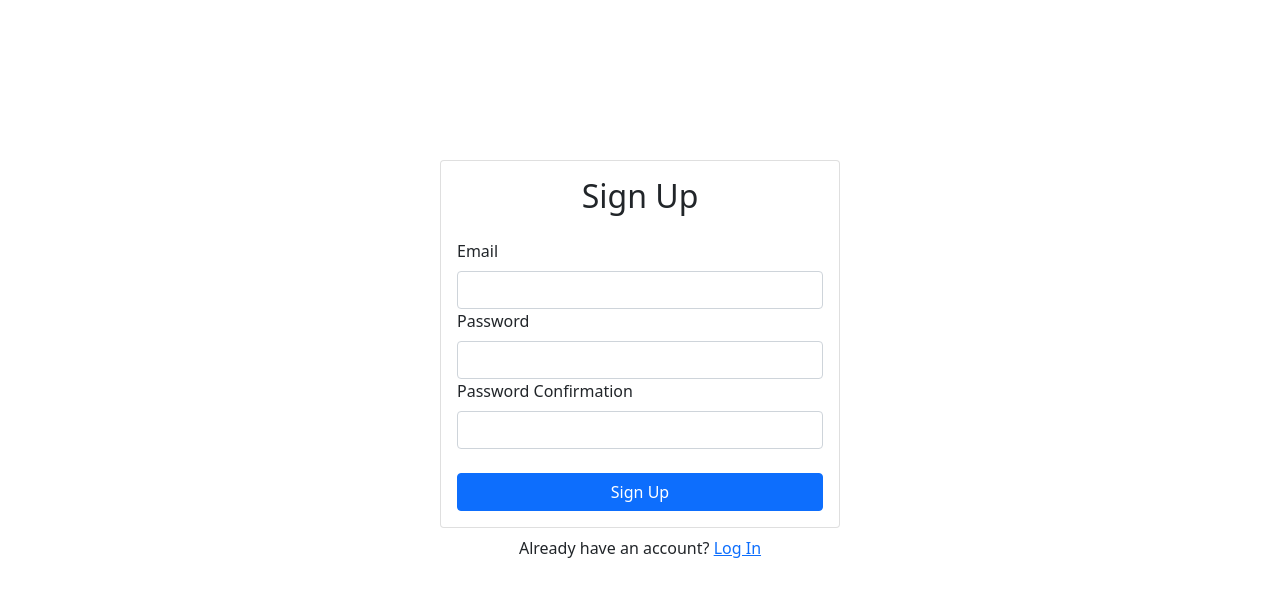
Repository: JaydenTianranYang/EsolApp
Page: /signup
An editor plug-in stored every save of this project. The page is shown before and after the next save, followed by the edit.
The browser window is 1280 px wide. The pictures show the whole page.
The project was rebuilt for these pictures with package versions that can differ from the ones it lists, and the page was loaded fresh each time. Also part of the build but not shown: src/components/App.css, src/components/Homepage.js, src/components/Login.js, src/components/Dashboard.js, src/components/PrivateRoute.js.

Above is the page before, as saved 2022-04-09 13:38:15.

After the next save:
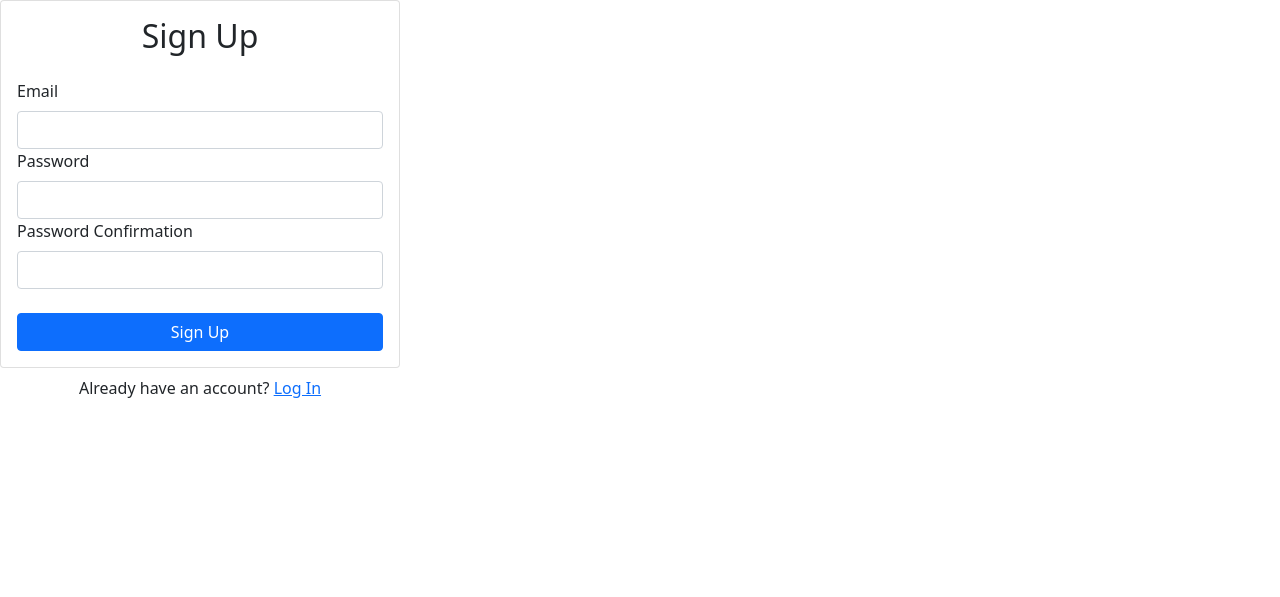
Saved 3 min 46 s later.
--- a/src/components/App.js
+++ b/src/components/App.js
@@ -10,9 +10,9 @@
 
 function App() {
   return (
-    <Container className="d-flex align-items-center justify-content-center"
-      style={{ minHeight: "100vh" }}
-    >
+    // <Container className="d-flex align-items-center justify-content-center"
+    //   style={{ minHeight: "100vh" }}
+    // >
       <div className="w-100" style={{ maxWidth: "400px" }}>
         <Router>
           <AuthProvider>
@@ -25,7 +25,7 @@
           </AuthProvider>
         </Router>
       </div>
-    </Container>
+    // </Container>
   )
 }
 
